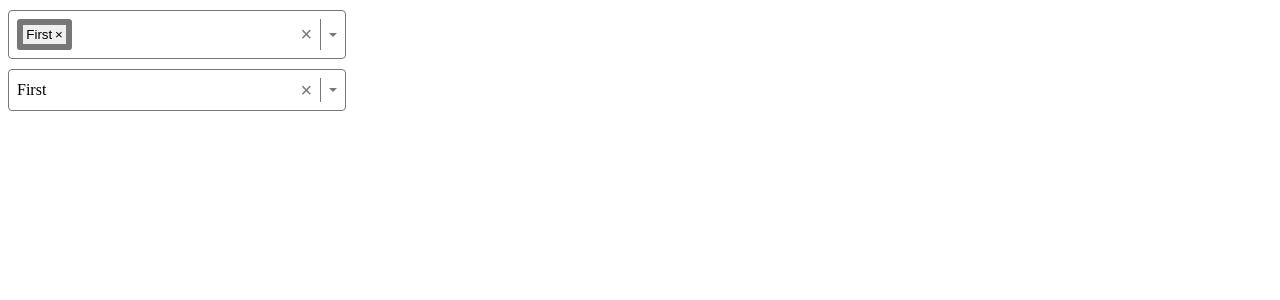
Repository: csabbah/ts-react-custom-select
Page: /
An editor plug-in stored every save of this project. The page is shown before and after the next save, followed by the edit.
The browser window is 1280 px wide. The pictures show the whole page.
The project was rebuilt for these pictures with package versions that can differ from the ones it lists, and the page was loaded fresh each time. Also part of the build but not shown: vite.config.ts.

Above is the page before, as saved 2022-12-24 13:20:33.

After the next save:
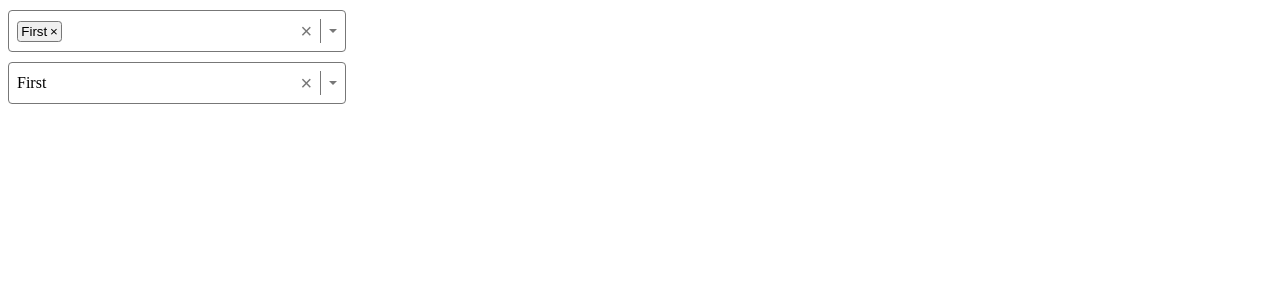
Saved 4 s later.
--- a/src/select.module.css
+++ b/src/select.module.css
@@ -92,7 +92,7 @@
 .option-badge {
   display: flex;
   align-items: center;
-  border: 0.5em solid #777;
+  border: 0.05em solid #777;
   border-radius: 0.25em;
   padding: 0.15em 0.25em;
   gap: 0.2em;
